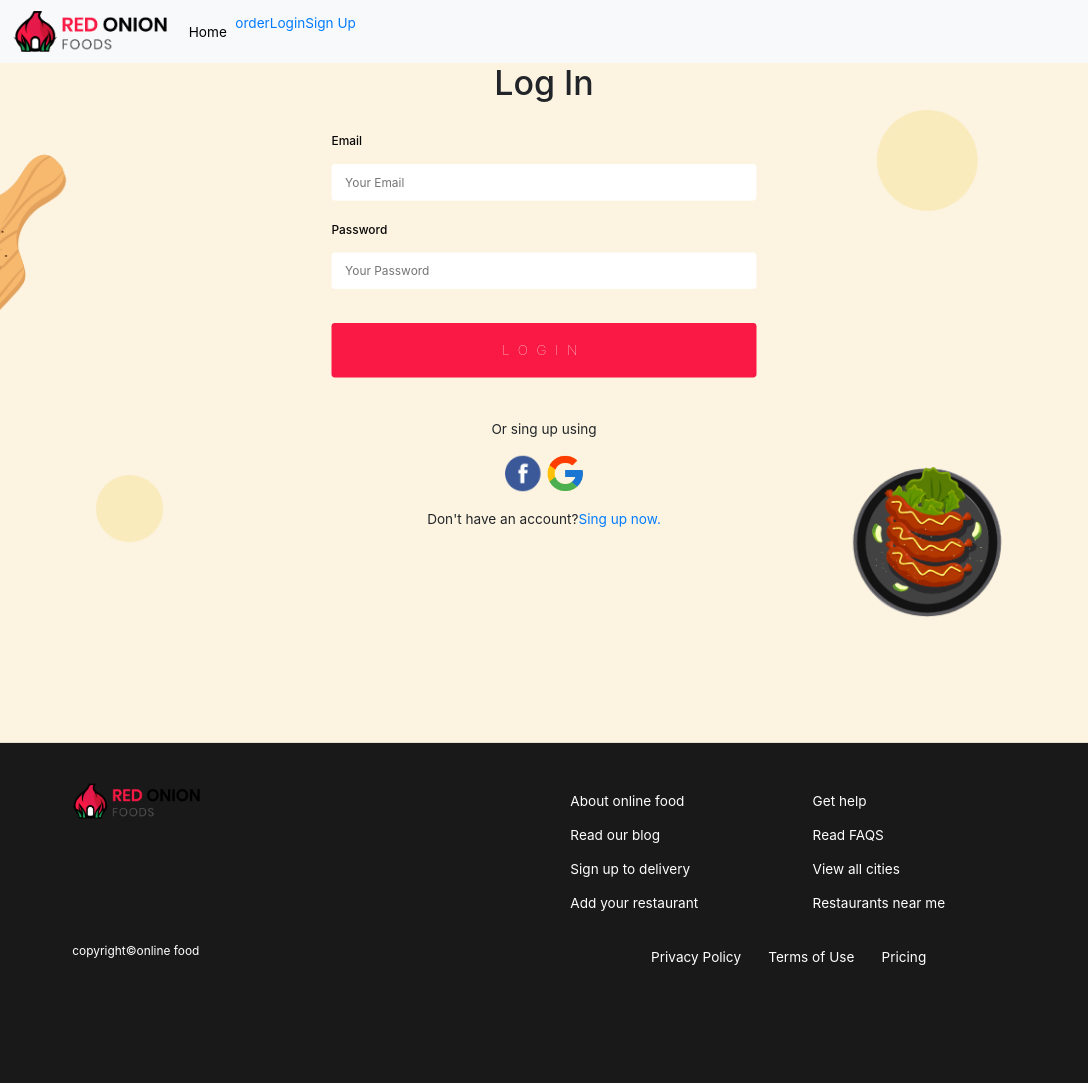
Repository: arif286/red-onion-client
Page: /login
The author's editor kept a copy of each file at every save. The page is drawn from the files as they stood at one save, then again after the next save.
The browser window is 1280 px wide. The pictures show the whole page, at 85% of full size.
The project was rebuilt for these pictures with package versions that can differ from the ones it lists, and the page was loaded fresh each time. Some packages were replaced by stand-ins written for this rebuild. Also part of the build but not shown: src/App.css, src/components/CheckOut/CheckOut.css, src/components/CheckOut/CheckOutForm/CheckOutFrom.js, src/components/CheckOut/CheckOut.js, src/components/SearchBar/SearchBar.css, src/components/SearchBar/SearchBar.js, src/components/FoodDetails/FoodDetail.css, src/components/FoodDetails/FoodDetail.js and 7 more. Imported but missing from the stored project, and not drawn on this page: src/components/CheckOut/Map/Map.

Above is the page before, as saved 2021-04-07 01:53:25.

After the next save:
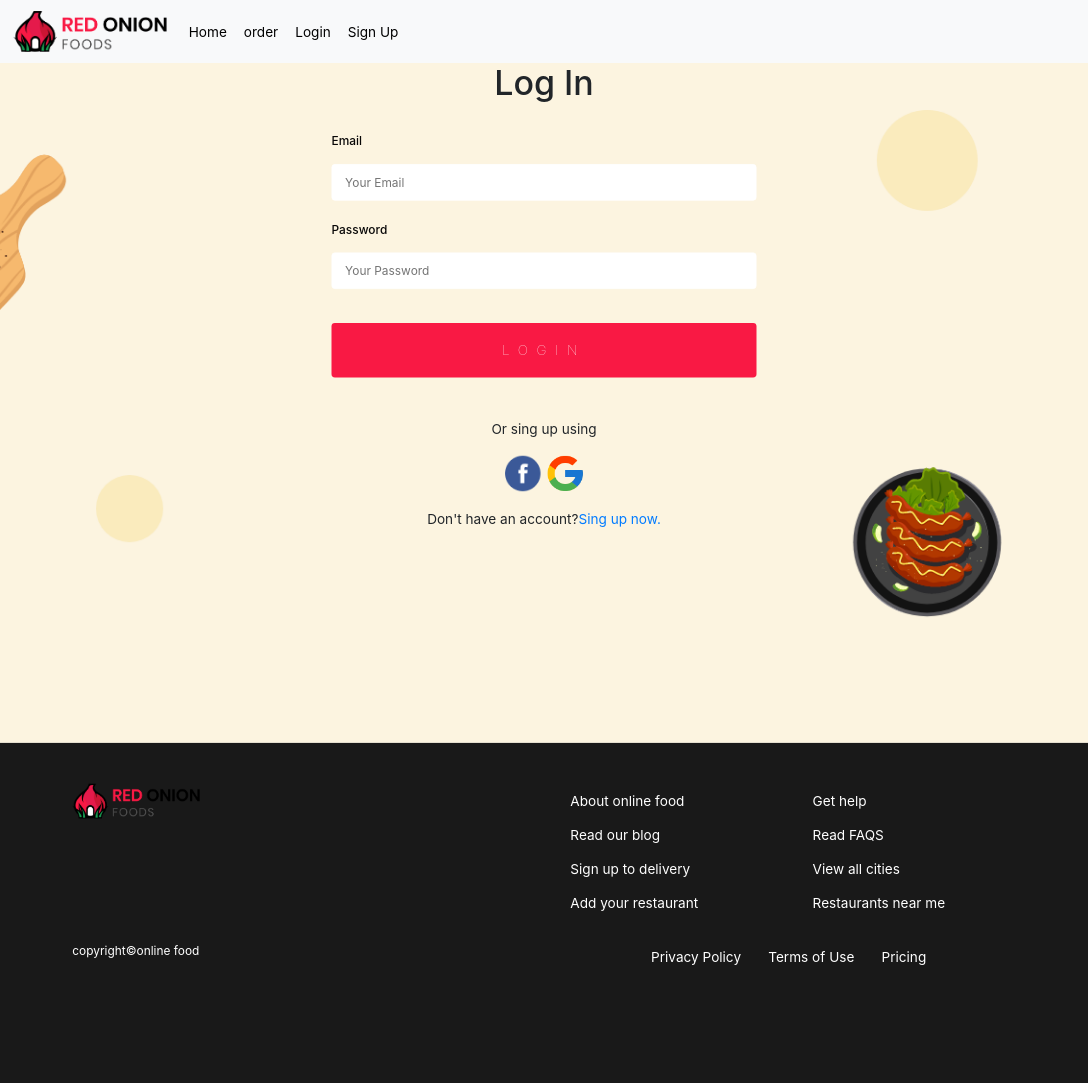
Saved 20 s later.
--- a/src/components/Header/Header.js
+++ b/src/components/Header/Header.js
@@ -71,9 +71,15 @@ const Header = () => {
               <NavLink className="header-link" to="/home">
                 Home
               </NavLink>
-              <NavLink to="/order">order</NavLink>
-              <NavLink to="/login">Login</NavLink>
-              <NavLink to="/singUp">Sign Up</NavLink>
+              <NavLink className="header-link" to="/order">
+                order
+              </NavLink>
+              <NavLink className="header-link" to="/login">
+                Login
+              </NavLink>
+              <NavLink className="header-link" to="/singUp">
+                Sign Up
+              </NavLink>
             </Nav>
           </Navbar.Collapse>
         </Navbar>
